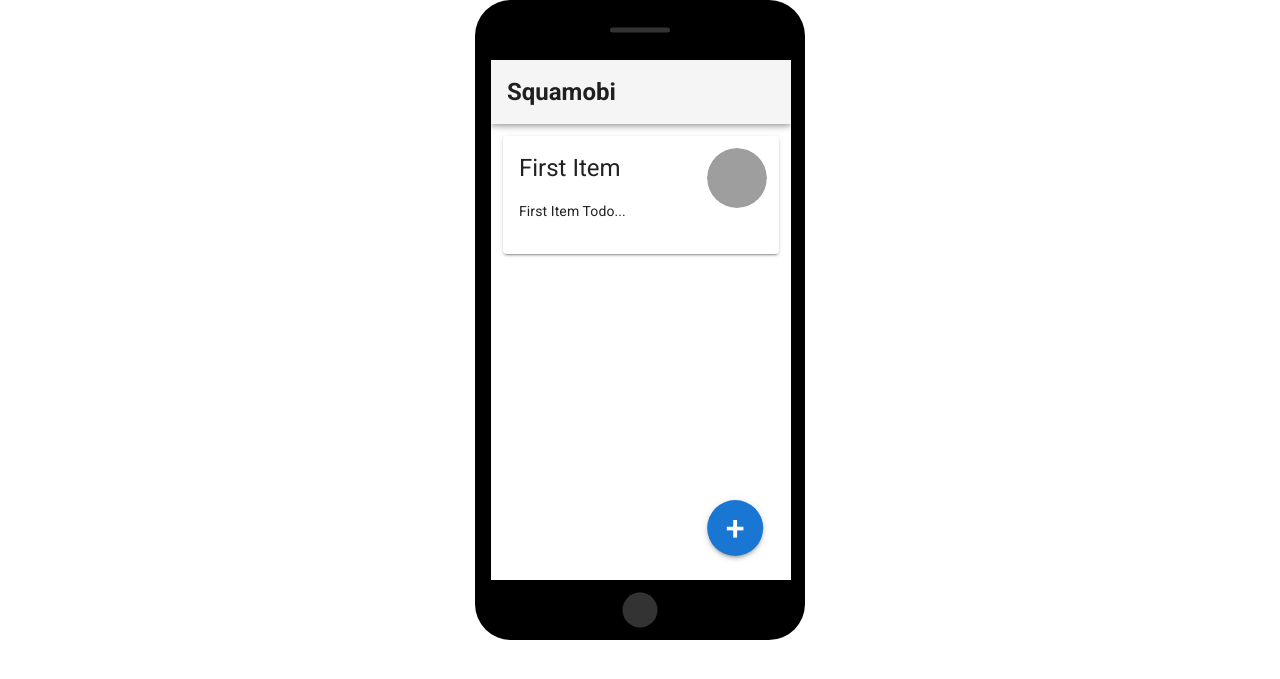
Repository: Keepnox/squamobi-interview
Page: /
These files come from the project's save history. The page is drawn as it stood at one moment and after the next save; the edit follows.
The browser window is 1280 px wide. The pictures show the whole page.
Pictures or frames that could not be fetched are drawn as grey boxes. The project was rebuilt for these pictures with package versions that can differ from the ones it lists, and the page was loaded fresh each time. Also part of the build but not shown: vue.config.js. Imported but missing from the stored project, and not drawn on this page: src/views/About.vue.

Above is the page before, as saved 2022-01-17 00:39:25.

### src/App.vue
<template>
  <smartphone>
    <v-app>
    <v-main>
        <v-app-bar >
          <h2>Squamobi</h2>
        </v-app-bar>

      <!-- Provides the application the proper gutter -->
      <v-container fluid>

        <!-- If using vue-router -->
        <router-view></router-view>
      </v-container>
    </v-main>

  </v-app>
  </smartphone>

</template>

<script>
import Smartphone from './components/Smartphone.vue';

export default {
  name: 'App',

  components: {
    Smartphone,
  },

  data: () => ({
    //
  }),
};
</script>

### src/components/Smartphone.vue
<template>
  <div class="smartphone">
    <div class="content">
      <slot> </slot>
    </div>
  </div>
</template>

<style scoped>

.smartphone {
  position: relative;
  width: 330px;
  height: 640px;
  margin: auto;
  border: 16px black solid;
  border-top-width: 60px;
  border-bottom-width: 60px;
  border-radius: 36px;
}

/* The horizontal line on the top of the device */
.smartphone:before {
  content: '';
  display: block;
  width: 60px;
  height: 5px;
  position: absolute;
  top: -30px;
  left: 50%;
  transform: translate(-50%, -50%);
  background: #333;
  border-radius: 10px;
}

/* The circle on the bottom of the device */
.smartphone:after {
  content: '';
  display: block;
  width: 35px;
  height: 35px;
  position: absolute;
  left: 50%;
  bottom: -65px;
  transform: translate(-50%, -50%);
  background: #333;
  border-radius: 50%;
}

/* The screen (or content) of the device */
.smartphone .content {
  width: 300px;
  height: 520px;
  background: white;
}

.content > * {
  min-height: 100%;
  height: 100%;
}
</style>

### src/views/Home.vue
<template>
  <div id="listOuter">
    <TodoItem
      v-for="(t, index) in todoData"
      :key="index"
      :title="t.title"
      :desc="t.description"
      :image="t.image"
      v-on:click="removeThis(t)"
    ></TodoItem>

    <v-btn
          class="add-button"
          color="primary"
          elevation="3"
          fab
          v-on:click="dialog = !dialog"
        ><span style="font-size:34px;">+</span></v-btn>
        <v-card class="popup" v-if="dialog">
          <div class="popup-title">Add Todo</div>
          <v-text-field
            label="Title"
            hide-details="auto"
            v-model="title"
          ></v-text-field>
          <v-text-field
            label="Description"
            hide-details="auto"
            v-model="description"
          ></v-text-field>
          <v-text-field
            label="Image Url"
            hide-details="auto"
            v-model="image"
          ></v-text-field>
          <v-btn class="add" v-on:click="addTodo">
            Add
          </v-btn>
        </v-card>
  </div>
</template>

<script>

import TodoItem from '@/components/TodoItem.vue'

export default {
  name: 'Home',
  components: {TodoItem},
  data () {
    return {
      todoData: [],
      dialog: false,
      image: "",
      description: "",
      title: ""
    }
  },
  watch: {
    dialog(val) {
      if(val) {
        document.getElementsByTagName('body')[0].classList.add('popup-active')
      } else {
        document.getElementsByTagName('body')[0].classList.remove('popup-active')
      }
    }
  },
  mounted () {
    this.todoData = JSON.parse(localStorage.getItem('todo'))
  },
  created() {
    let defaultData = JSON.parse(localStorage.getItem('todo')) || [
        {
          title: "First Item",
          description: 'First Item Todo...',
          image: "https://unsplash.it/640/425?random"
        },

      ]
    localStorage.setItem('todo', JSON.stringify(defaultData))
  },
  methods: {
    removeThis(el) {
      console.log(el)
    },
    addTodo() {
      this.todoData.push(
        {
          title: this.title,
          description: this.description,
          image: this.image
        }
      );
      localStorage.setItem('todo', JSON.stringify(this.todoData));
      this.dialog = false;
    }
  }
}
</script>

<style >
.v-application--wrap {
  height: 100%;
  min-height: 100%;
  overflow: hidden;
  overflow-y: scroll;
}
.v-main, v-main__wrap {
  height: 100%;
}
.v-main .container {
  height: calc(100% - 55px);
}
.list-outer
.list-outer {
  position: relative;
  height: 100%;
  width: 100%;
}
.add-button {
  position: fixed;
  right: 50%;
  transform: translatex(220%);
  top: 500px;
}
.popup {
  position: absolute;
  padding: 15px;
  width: 90%;
  top: 50%;
  transform: translateY(-50%);
}
.popup .add {
  margin-top: 20px;
  float: right;
}
.popup .popup-title {
  font-weight: 900;
}
</style>

### src/components/TodoItem.vue
<template>
    <v-card class="mb-5">
      <div class="d-flex  justify-space-between">
        <div>
          <v-card-title class="text-h5" v-text="title"></v-card-title>

          <v-card-text > {{desc}} </v-card-text>
          <v-card-actions>
          </v-card-actions>
        </div>

        <v-avatar class="ma-3" size="60">
          <v-img :src="image"></v-img>
        </v-avatar>
      </div>
    </v-card>
</template>
<script>
export default {
  props: ["desc", "title", "image"],
  mounted() {
    console.log(this.items)
  }
}
</script>

Loaded but not shown: public/index.html (common file); src/main.js (common file); src/plugins/vuetify.js (common file); src/router/index.js (common file)

After the next save:
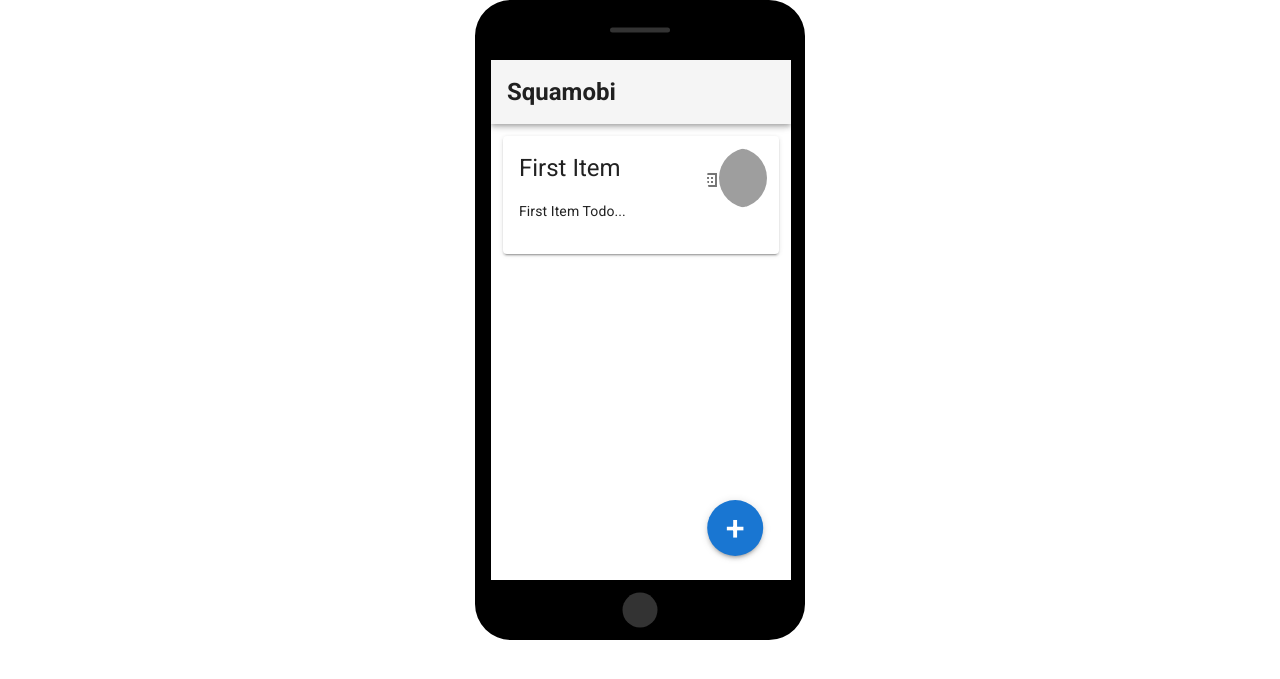
Saved 63 s later.
--- a/src/components/TodoItem.vue
+++ b/src/components/TodoItem.vue
@@ -3,13 +3,13 @@
       <div class="d-flex  justify-space-between">
         <div>
           <v-card-title class="text-h5" v-text="title"></v-card-title>
-
           <v-card-text > {{desc}} </v-card-text>
           <v-card-actions>
           </v-card-actions>
         </div>
 
         <v-avatar class="ma-3" size="60">
+          <v-icon> mdi-domain </v-icon>
           <v-img :src="image"></v-img>
         </v-avatar>
       </div>
